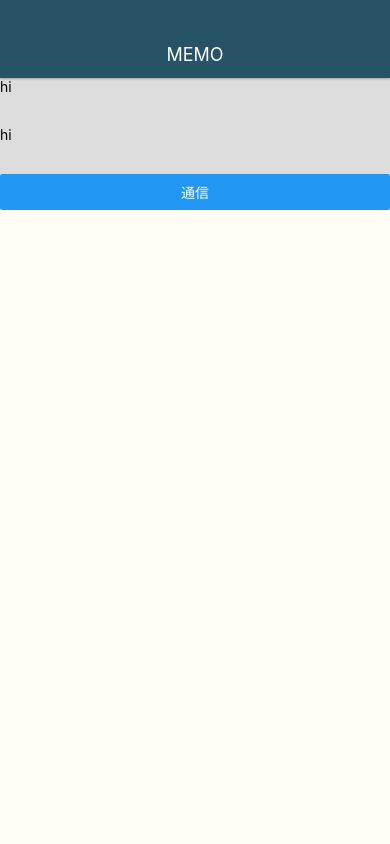
Repository: NagataRyuji0630/memo_app_for_reactNative
Screen: /
An editor plug-in stored every save of this project. The screen is shown before and after the next save, followed by the edit.
The app was drawn by React Native's web renderer in a window 390 px wide. The project was rebuilt for these pictures with package versions that can differ from the ones it lists, and the page was loaded fresh each time. Some packages were replaced by stand-ins written for this rebuild. Also part of the build but not shown: src/components/MemoList.jsx, src/elements/CircleBtn.jsx, src/screens/MemoListScreen.jsx, src/screens/MemoDetailScreen.jsx, src/screens/MemoEditScreen.jsx.

Above is the screen before, as saved 2020-05-15 08:35:30.

After the next save:
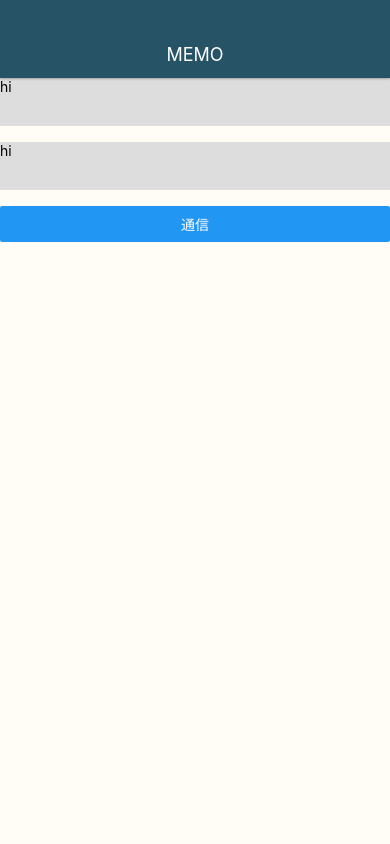
Saved 24 s later.
--- a/src/screens/LoginScreen.jsx
+++ b/src/screens/LoginScreen.jsx
@@ -12,6 +12,7 @@ const styles = StyleSheet.create({
     input: {
         backgroundColor: '#ddd',
         height: 48,
+        marginBottom: 16,
     }
 
 });
